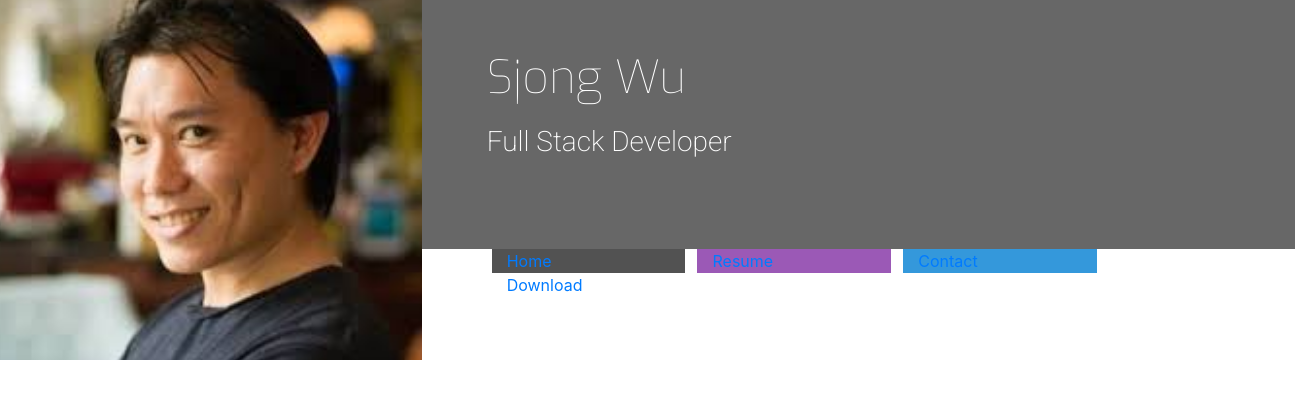
Repository: Scuzeme/codeinstitue-resume-project
Page: index.html
The author's editor kept a record of every edit. The page is drawn from the files as they stood at one moment, then again after the next edit.
The browser window is 1280 px wide. The page is 1295 px wide, so the pictures cover 1295 px, including what lies to the right of the window. The pictures show the whole page.

Above is the page before.

After the next edit:
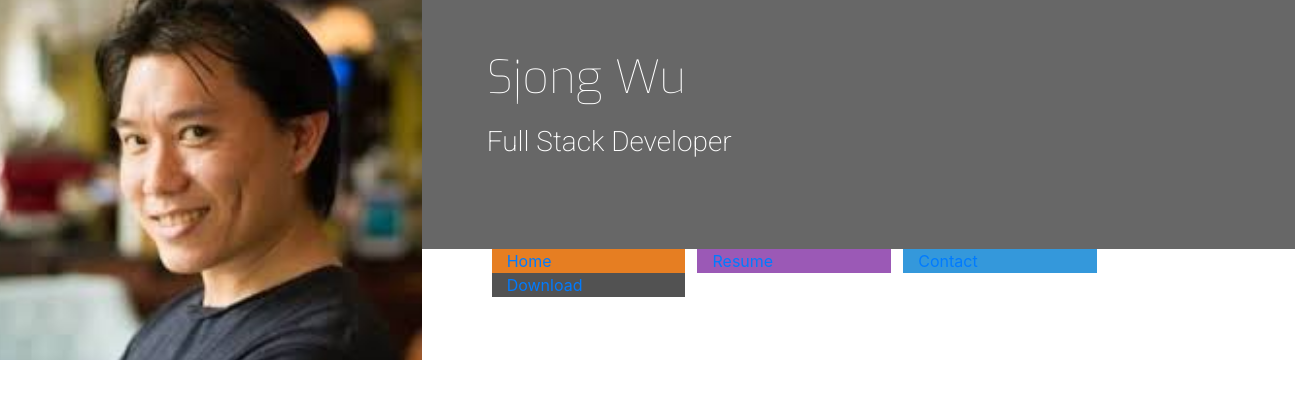
The edit:
--- a/assets/css/style.css
+++ b/assets/css/style.css
@@ -35,7 +35,7 @@
 .ui-menu-color-contact {
     background-color:#3498db;
 }
-.ui-menu-color-home {
+.ui-menu-color-download {
     background-color:#525252;
 }
 
